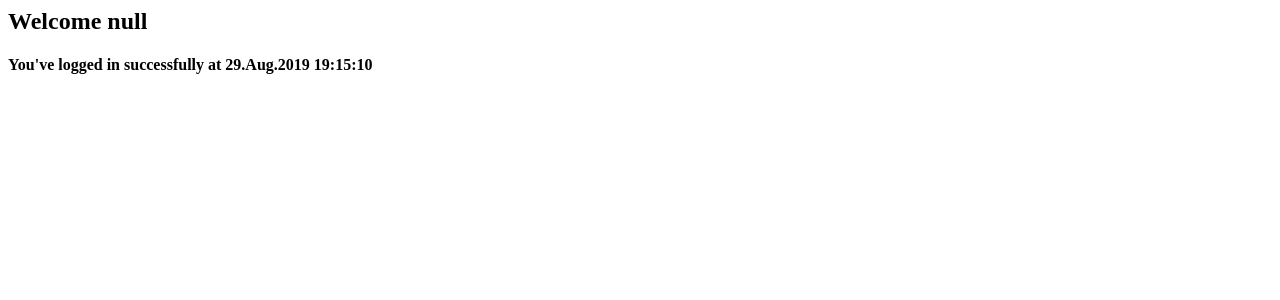
Repository: vinayingalahalli/java_batch1_revature
Page: http://localhost/login_web_app/success
These files come from the project's save history. The page is drawn as it stood at one moment and after the next save; the edit follows.
The browser window is 1280 px wide. The pictures show the whole page.
The page is served by Tomcat 9.

Above is the page before, as saved 2019-09-11 16:37:00.

After the next save:
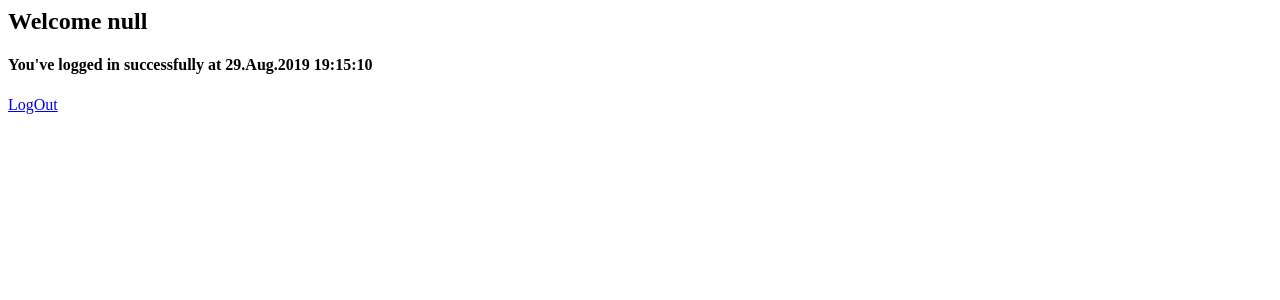
Saved 24 s later.
--- a/revature_java/login_web_app/src/com/controller/SuccessServlet.java
+++ b/revature_java/login_web_app/src/com/controller/SuccessServlet.java
@@ -35,7 +35,7 @@ public class SuccessServlet extends HttpServlet {
 		PrintWriter pw=response.getWriter();
 		pw.print("<h2>Welcome "+request.getParameter("userName")+"</h2>");
 		pw.print("<h4>You've logged in successfully at  "+new SimpleDateFormat("dd.MMM.yyyy HH:mm:ss").format(new Date())+"</h4>");
-
+		pw.print("<a href='/'>LogOut</a>");
 
 	}
 
